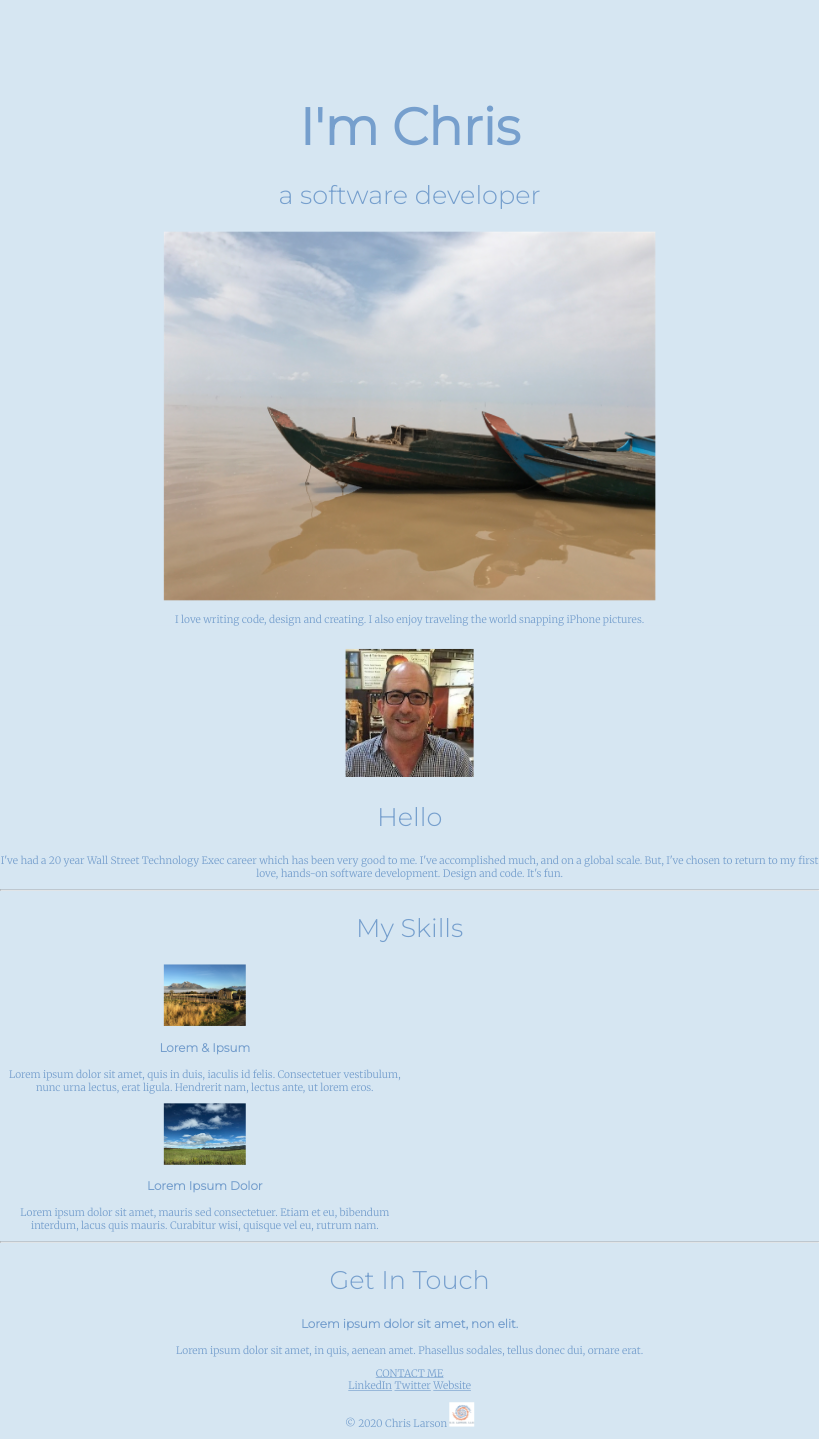
Repository: EpiTao-LLC/Personal_web_page
Page: index.html
These files come from the project's save history. The page is drawn as it stood at one moment and after the next save; the edit follows.
The browser window is 1280 px wide. The pictures show the whole page, at 64% of full size.

Above is the page before, as saved 2020-05-21 16:38:08.

After the next save:
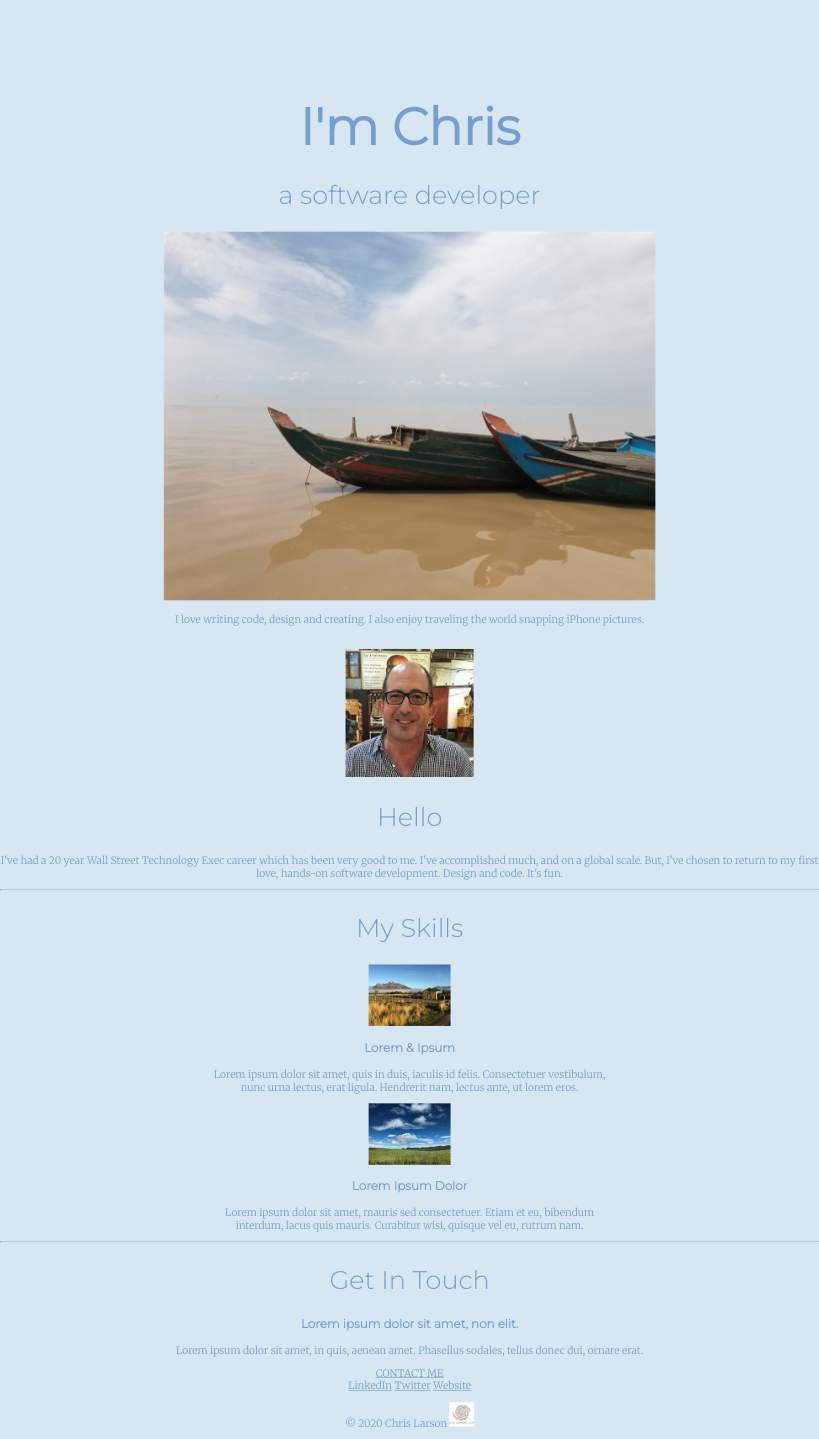
Saved 86 s later.
--- a/css/styles.css
+++ b/css/styles.css
@@ -36,7 +36,8 @@ h3 {
 
 }
 .skill-row {
-    width: 50%
+    width: 50%;
+    margin: auto;
 }
 a:link {
     color: #769FCD;
